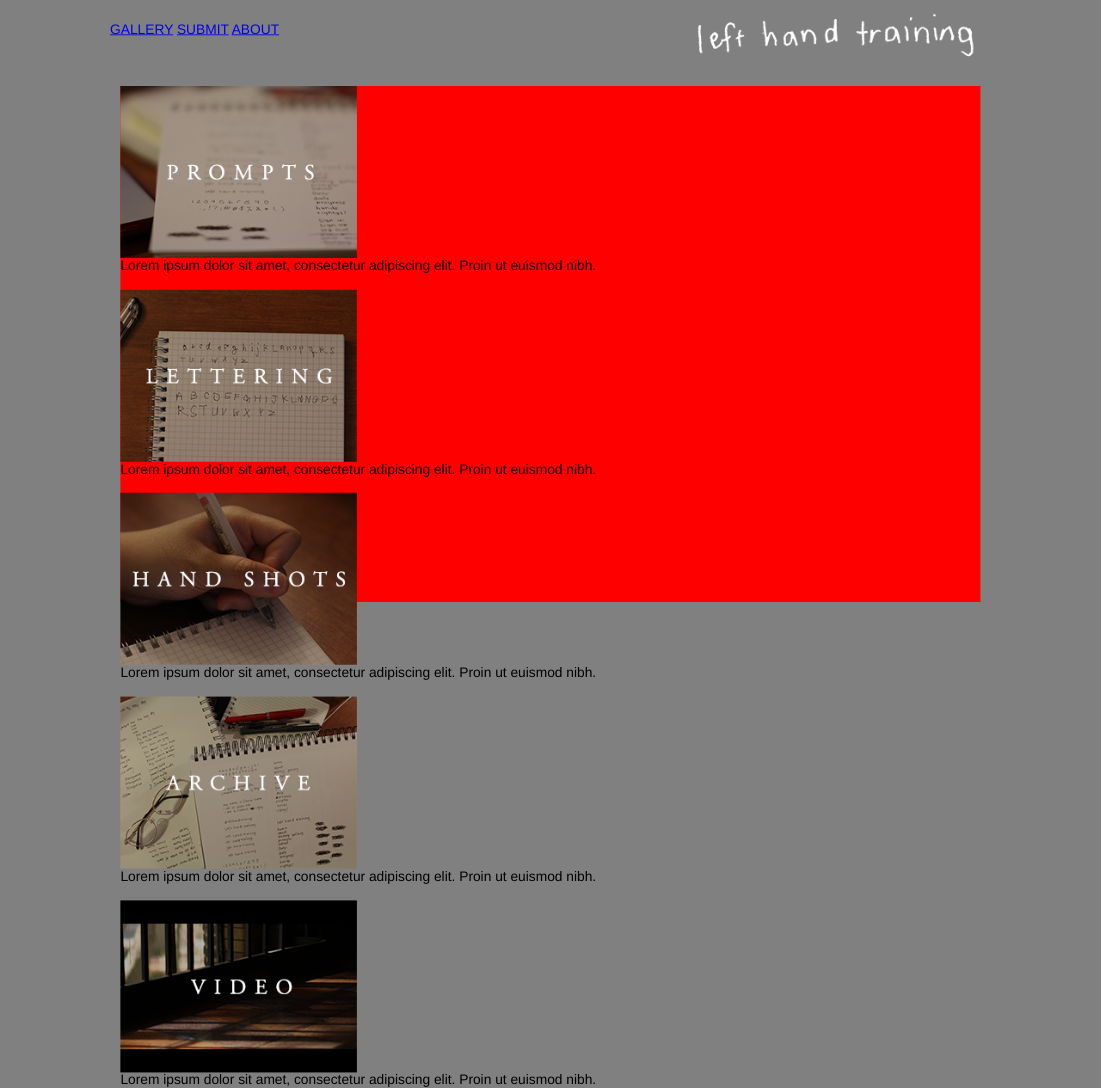
Repository: simonekurtz/simonekurtz.github.io
Page: 3ASGN_Catalog/gallery.html
The author's editor kept a record of every edit. The page is drawn from the files as they stood at one moment, then again after the next edit.
The browser window is 1280 px wide. The pictures show the whole page, at 86% of full size.
Some web libraries are served in a nearby version.

Above is the page before.

After the next edit:
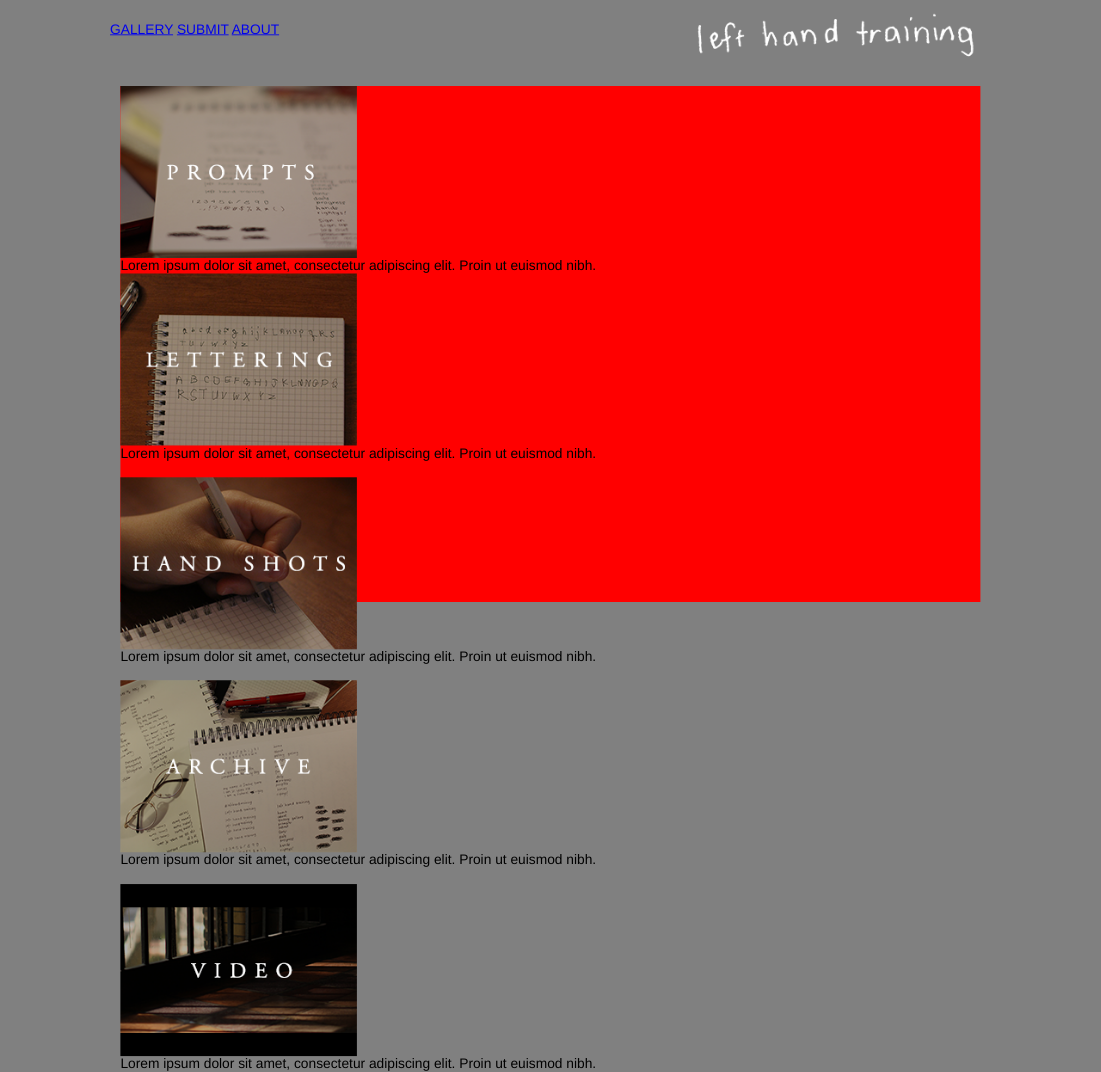
The edit:
--- a/3ASGN_Catalog/gallery.html
+++ b/3ASGN_Catalog/gallery.html
@@ -43,7 +43,6 @@
                     </div>
                 </div>
                 <div class="Gallery2">
-                    <h3><a href="lettering.html"></a></h3>
                     <div class="galleryContainer2">
                         <div class="galleryImage2"><a href="lettering.html"><img src="images/images/LetteringCover.png"></a>
                         </div>
